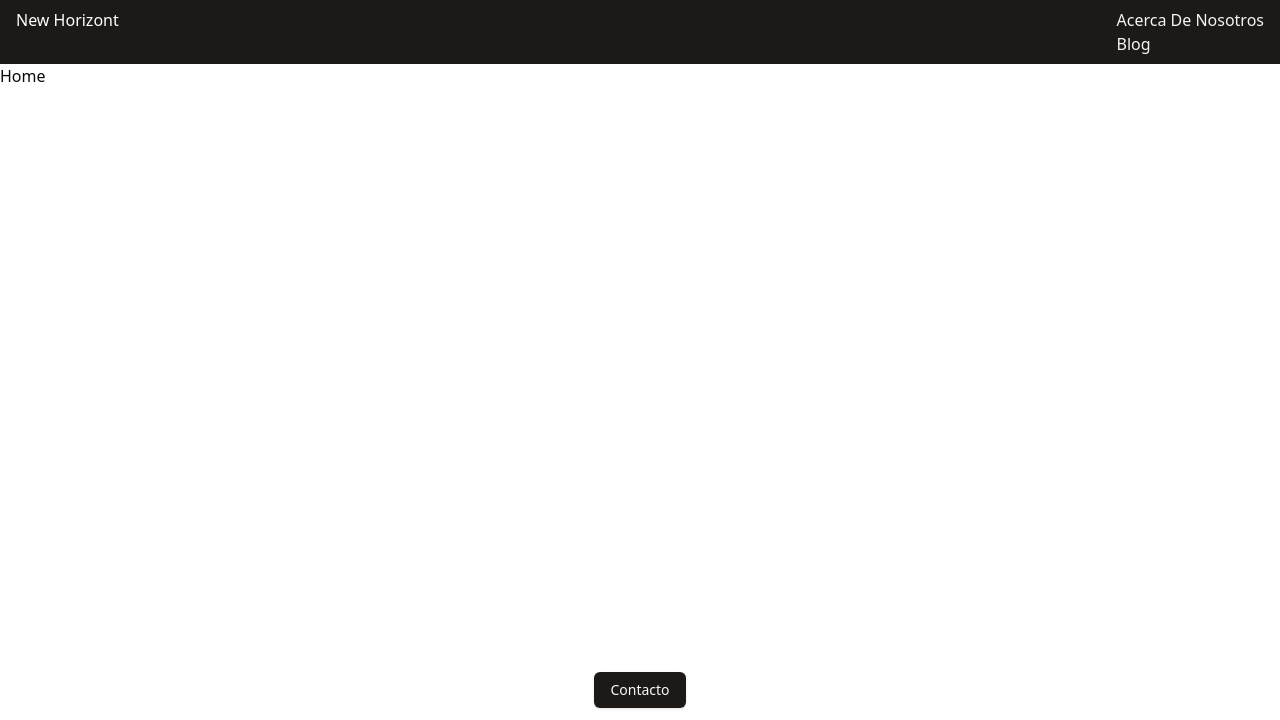
Repository: jefrydep/new-horizont-school
Page: /
The author's editor kept a copy of each file at every save. The page is drawn from the files as they stood at one save, then again after the next save.
The browser window is 1280 px wide. The pictures show the whole page.
The project was rebuilt for these pictures with package versions that can differ from the ones it lists, and the page was loaded fresh each time. The framework's server and built-in components were replaced by stand-ins that run in the browser. Also part of the build but not shown: next.config.ts.

Above is the page before, as saved 2024-11-07 17:33:17.

After the next save:
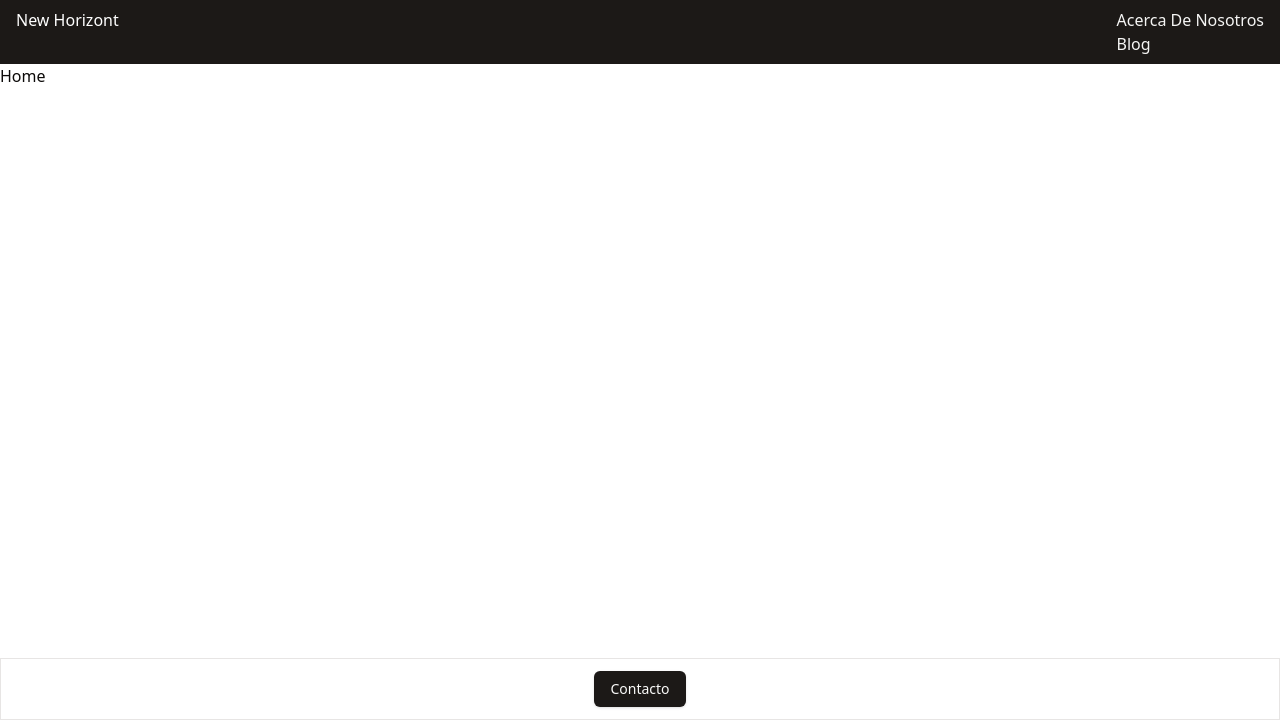
Saved 4 s later.
--- a/src/app/layout.tsx
+++ b/src/app/layout.tsx
@@ -32,7 +32,7 @@ export default function RootLayout({
       >
         <Navbar />
         {children}
-        <div className=" bg-white flex justify-center py-3 absolute bottom-0 right-0 left-0">
+        <div className=" bg-white border flex justify-center py-3 absolute bottom-0 right-0 left-0">
           <Button>Contacto</Button>
         </div>
         {/* <div className="absolute bg-red-400 bottom-0 left-1/2 transform -translate-x-1/2 mb-4">
